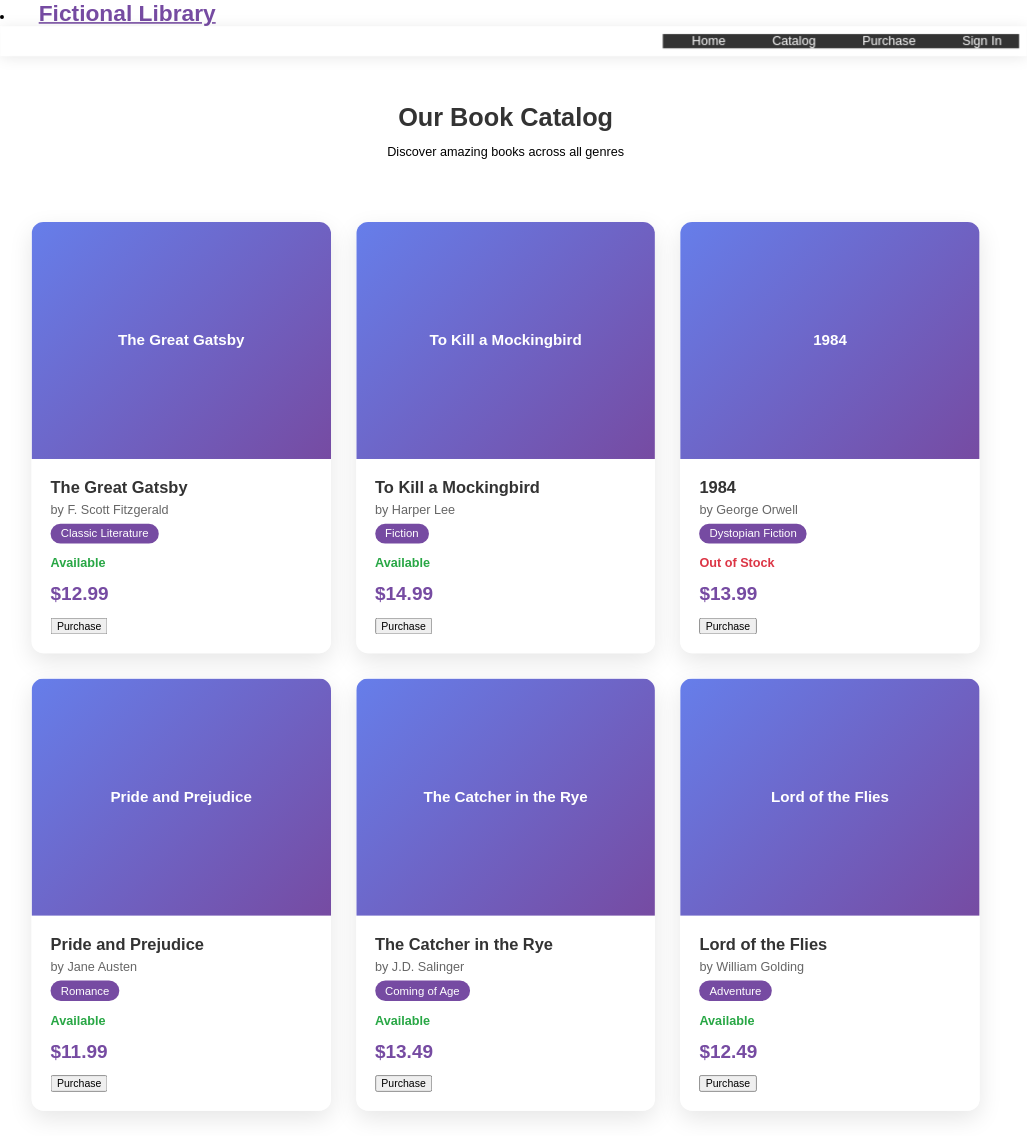
Repository: Ibrahim-Abohola/BookStore
Page: catalog.html
These files come from the project's save history. The page is drawn as it stood at one moment and after the next save; the edit follows.
The browser window is 1280 px wide. The page is 1300 px wide, so the pictures cover 1300 px, including what lies to the right of the window. The pictures show the whole page, at 79% of full size.

Above is the page before, as saved 2025-07-15 21:12:31.

After the next save:
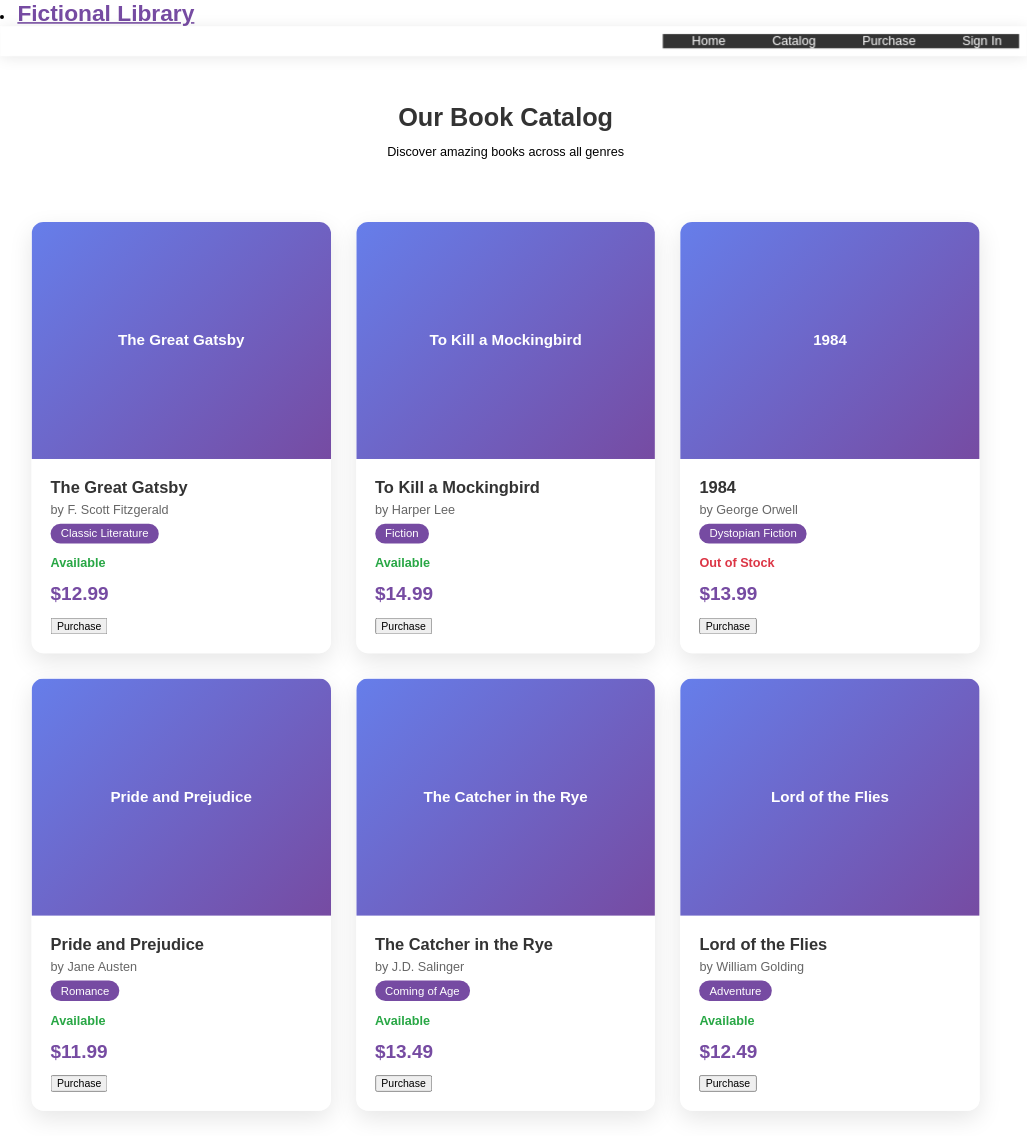
Saved 44 s later.
--- a/styles.css
+++ b/styles.css
@@ -29,9 +29,6 @@
             font-size: 1.8rem;
             font-weight: bold;
             color: #764ba2;
-            padding: 8px 12px;
-            margin-left: 15px;
-            border-radius: 4px;
  }
 
 nav.top-nav {
